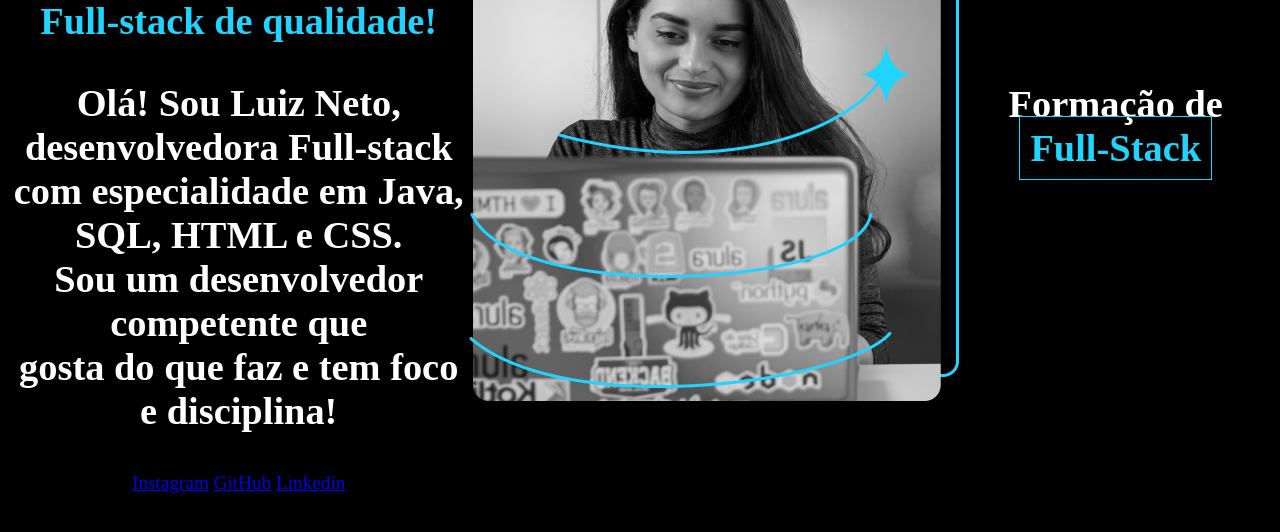
Repository: luiz123098/Sobre-mim-em-HTM-CSS
Page: htmlcss.html
These files come from the project's save history. The page is drawn as it stood at one moment and after the next save; the edit follows.
The browser window is 1280 px wide. The pictures show the whole page.

Above is the page before, as saved 2023-03-08 14:22:45.

After the next save:
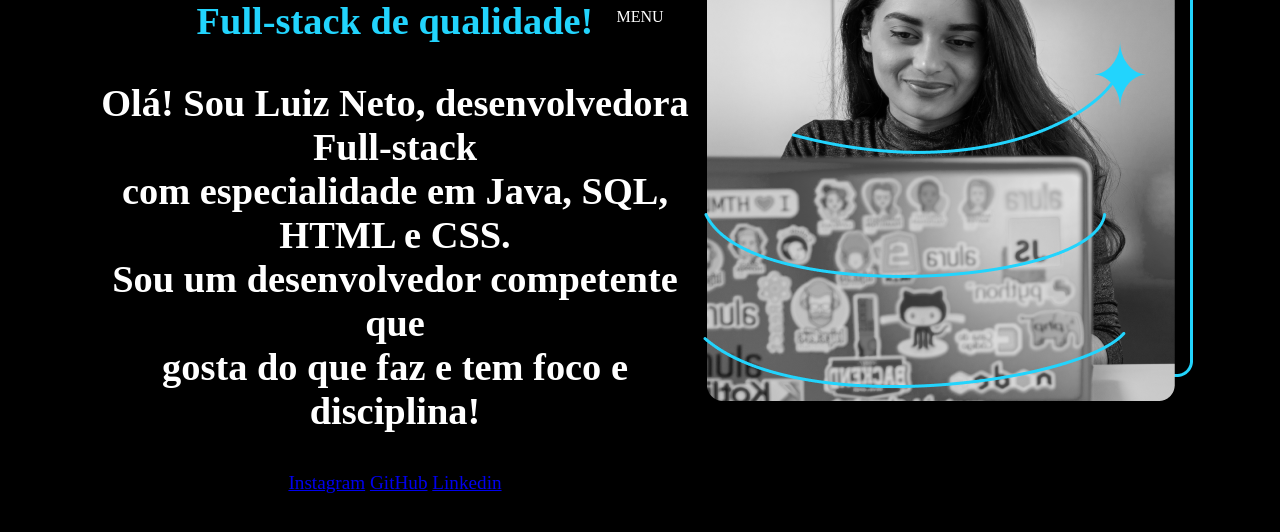
Saved 23 s later.
--- a/htmlcss.html
+++ b/htmlcss.html
@@ -37,9 +37,6 @@
             </div>
             <p class="segunda_box">
                 <img src="Imagem.png" alt="Não foi possivel encontrar a imagem"><br>
-                <p>
-                    <h1 class="texto_editado">Formação de <span class="formacao">Full-Stack</span></h1>
-                </p>
             </p>
         </div>
     </main>
